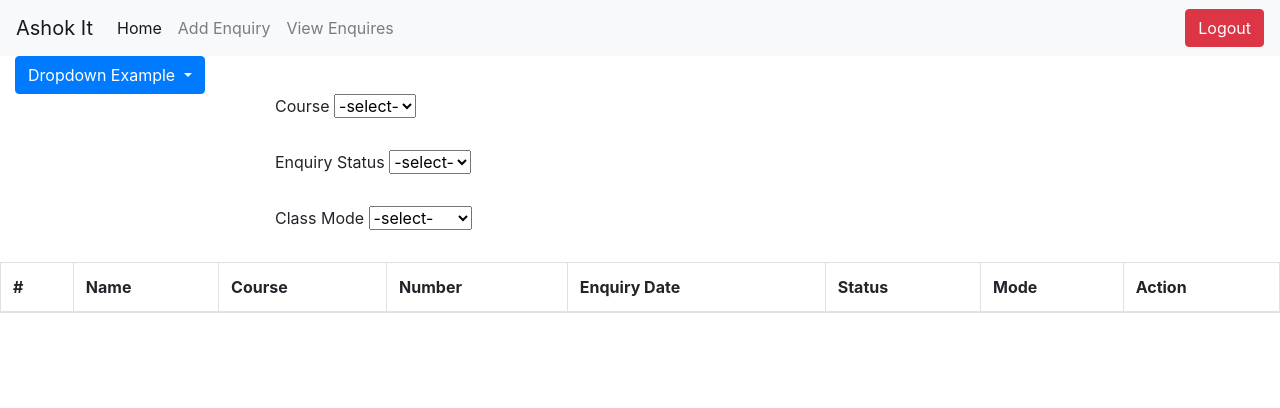
Repository: davidroshan/JRTP
Page: http://localhost/view-enquires
An editor plug-in stored every save of this project. The page is shown before and after the next save, followed by the edit.
The browser window is 1280 px wide. The pictures show the whole page.
The page is this project's Thymeleaf template; nobody is signed in. The template is opened directly, without the code that normally fills it, so the values that code supplies are empty.

Above is the page before, as saved 2023-04-27 18:32:34.

### Front_Office_Team_Portal/src/main/resources/templates/view-enquires.html
<!DOCTYPE html>
<html lang="en"  xmlns:th="http://www.thymeleaf.org" >
<head>
<meta charset="utf-8">
<link rel="stylesheet" href="https://cdn.jsdelivr.net/npm/bootstrap@4.3.1/dist/css/bootstrap.min.css" integrity="sha384-ggOyR0iXCbMQv3Xipma34MD+dH/1fQ784/j6cY/iJTQUOhcWr7x9JvoRxT2MZw1T" crossorigin="anonymous">
<title>AshokIT Unlock Account</title>
</head>
<body>

          <!-- Navbar start -->


                <nav class="navbar navbar-expand-lg navbar-light bg-light">
  <a class="navbar-brand" href="#">Ashok It</a>
  <button class="navbar-toggler" type="button" data-toggle="collapse" data-target="#navbarSupportedContent" aria-controls="navbarSupportedContent" aria-expanded="false" aria-label="Toggle navigation">
    <span class="navbar-toggler-icon"></span>
  </button>

  <div class="collapse navbar-collapse" id="navbarSupportedContent">
    <ul class="navbar-nav mr-auto">


      <li class="nav-item active">
        <a class="nav-link" href="dashboard">Home <span class="sr-only">(current)</span></a>
      </li>

      <li class="nav-item">
        <a class="nav-link" href="enquiry">Add Enquiry</a>
      </li>

      <li class="nav-item">
        <a class="nav-link" href="enquires">View Enquires</a>
      </li>

    </ul>
       <a href="logout" class="btn btn-danger">Logout</a>
  </div>
</nav>


          <!-- Nav bar end -->


          <div class="col-lg-4 col-sm-4 col-xs-4">
      <div class="dropdown">
        <button class="btn btn-primary dropdown-toggle" type="button" data-toggle="dropdown">Dropdown Example
        <span class="caret"></span></button>
        <ul class="dropdown-menu">
          <li><a href="#">HTML</a></li>
          <li><a href="#">CSS</a></li>
          <li><a href="#">JavaScript</a></li>
        </ul>
      </div>
  </div>


          <!-- drop down -->

         <div class="container">
            <div class="row">
               <div class="col-md-8 offset-md-2">




                            <div class="form-otline mb-4">
                           <label for="form22">Course</label>
                                 <select id="form22" class="form-select"
                                   name="courseName" >
                                    <option value="">-select-</option>
                                    <option th:each="course : ${courses}" th:value="${course}"
                                    th:text="${course}"></option>
                                 </select>
                           </div>


                           <div class="form-otline mb-4">
                           <label for="form23">Enquiry Status</label>
                                 <select id="form23" class="form-select"
                                 name="enqStatus">
                                    <option value="">-select-</option>
                                    <option th:each="status : ${enqStatus}" th:value="${status}"
                                    th:text="${status}"></option>
                                 </select>
                           </div>


                           <div class="form-otline mb-4">
                           <label for="form23">Class Mode</label>
                                 <select id="form23" class="form-select"
                                 name="enqStatus">
                                    <option value="">-select-</option>
                                    <option value="online"> Online</option>
                                    <option value="classroom">Classroom</option>
                                 </select>
                           </div>


               </div>
            </div>
        </div>



         <!-- table start -->


         <table class="table table-stripped table-bordered table hover" id="enqTb">

           <thead>
               <tr>

                   <th scope="col">#</th>
                   <th scope="col">Name</th>
                   <th scope="col">Course</th>
                   <th scope="col">Number</th>
                   <th scope="col">Enquiry Date</th>
                   <th scope="col">Status</th>
                   <th scope="col">Mode</th>
                   <th scope="col">Action</th>

               </tr>
           </thead>


         </table>

</body>

After the next save:
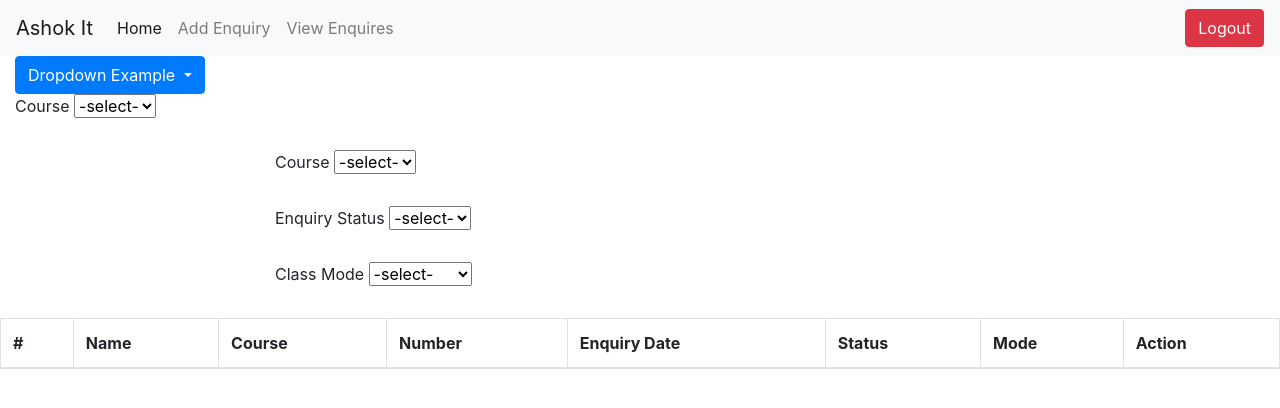
Saved 95 s later.
--- a/Front_Office_Team_Portal/src/main/resources/templates/view-enquires.html
+++ b/Front_Office_Team_Portal/src/main/resources/templates/view-enquires.html
@@ -45,12 +45,18 @@
       <div class="dropdown">
         <button class="btn btn-primary dropdown-toggle" type="button" data-toggle="dropdown">Dropdown Example
         <span class="caret"></span></button>
-        <ul class="dropdown-menu">
-          <li><a href="#">HTML</a></li>
-          <li><a href="#">CSS</a></li>
-          <li><a href="#">JavaScript</a></li>
-        </ul>
-      </div>
+
+              <div class="form-otline mb-4">
+                           <label for="form22">Course</label>
+                                 <select id="form22" class="form-select"
+                                   name="courseName" >
+                                    <option value="">-select-</option>
+                                    <option th:each="course : ${courses}" th:value="${course}"
+                                    th:text="${course}"></option>
+                                 </select>
+                           </div>
+
+       </div>
   </div>
 
 
